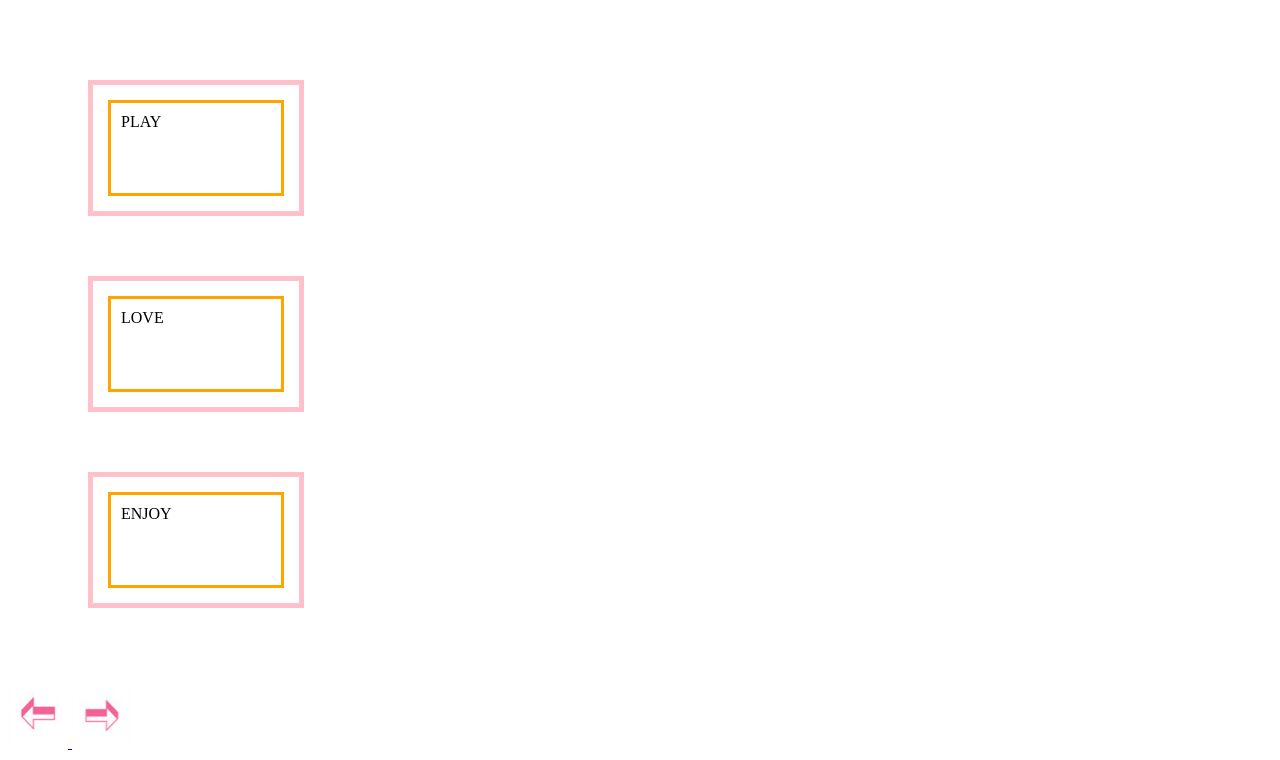
Repository: hyereechoi/hyereechoi.github.io
Page: h2.html
The author's editor kept a record of every edit. The page is drawn from the files as they stood at one moment, then again after the next edit.
The browser window is 1280 px wide. The pictures show the whole page.

Above is the page before.

After the next edit:
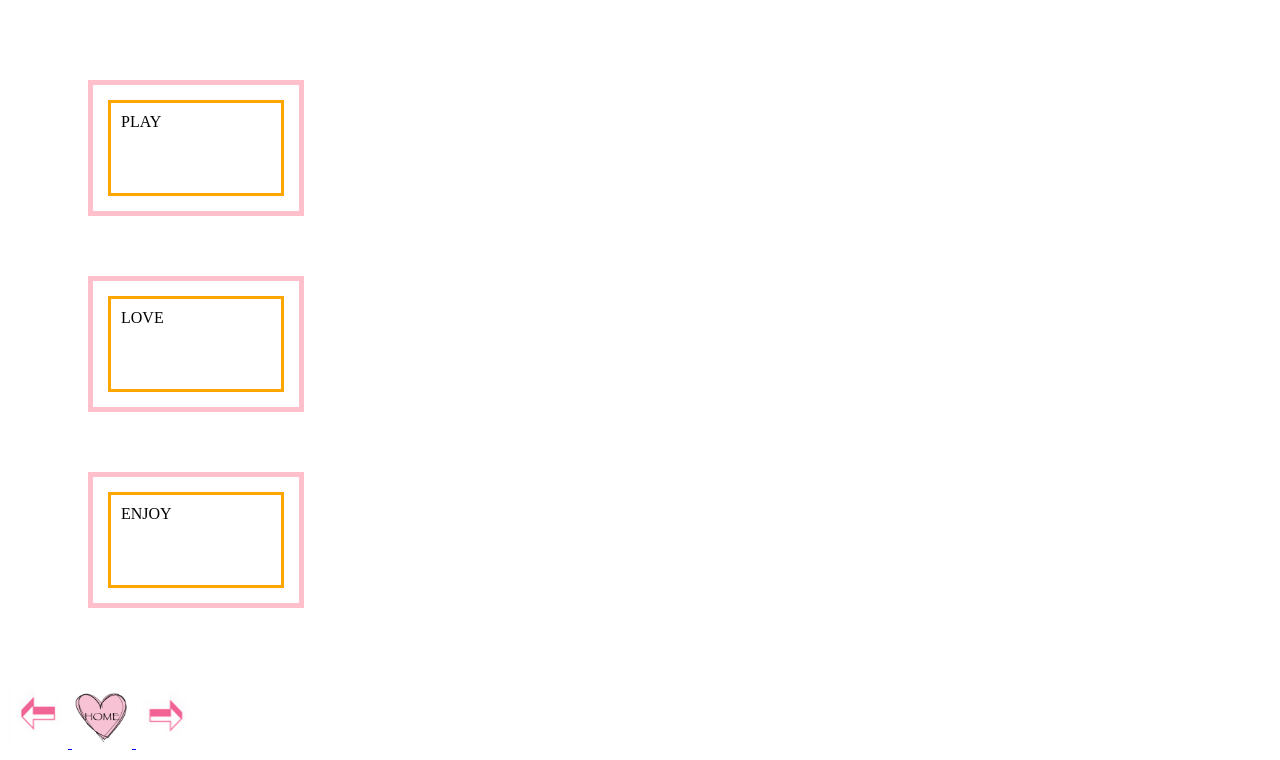
The edit:
--- a/h2.html
+++ b/h2.html
@@ -57,6 +57,9 @@
 <img src="pre.jpg" style="width:60px;height:60px;border:0">
 </a>
 
+<a href="index.html">
+<img src="home.jpg" style="width:60px;height:60px;border:0">
+</a>
 
 
 <a href="h3.html">
